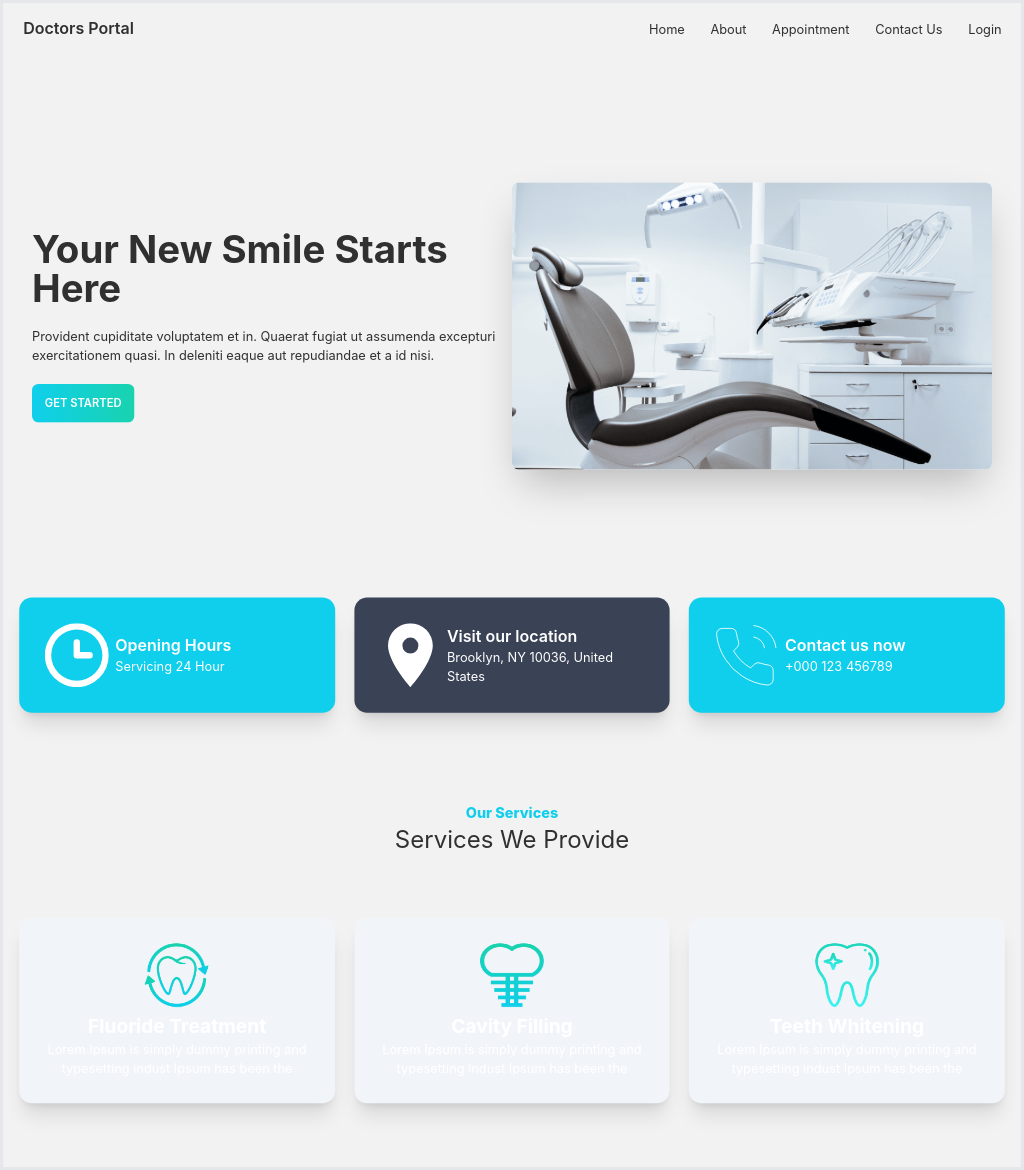
Repository: Samad77/Doctorportal-Client
Page: /
These files come from the project's save history. The page is drawn as it stood at one moment and after the next save; the edit follows.
The browser window is 1280 px wide. The pictures show the whole page, at 80% of full size.
The project was rebuilt for these pictures with package versions that can differ from the ones it lists, and the page was loaded fresh each time. Also part of the build but not shown: src/Pages/Login/Login.js.

Above is the page before, as saved 2022-11-12 12:50:27.

### src/App.js
import logo from './logo.svg';
import './App.css';
import {RouterProvider} from 'react-router-dom'
import router from './Layout/Routes/Routes';
import Cards from './Pages/Home/Cards/Cards';
function App() {
  return (
    <div className="App max-w-[1440px] mx-auto border-4">
      <RouterProvider router={router}>

      </RouterProvider>
    </div>
  );
}

export default App;

### src/Layout/Routes/Routes.js
import { createBrowserRouter } from "react-router-dom";
import Home from "../../Pages/Home/Home";
import Login from "../../Pages/Login/Login";
import Main from "../Main/Main";

const router = createBrowserRouter([
    {path : "/",
    element : <Main></Main>,
    children : [
        {path : '/', element : <Home></Home>,},
        {path: '/home', element : <Home></Home>},
        {path: '/login', element : <Login></Login>},
    ]
    }
])

export default router;

### src/Pages/Home/Cards/Cards.js
import React from 'react';
import img1 from '../../../assets/icons/clock.svg'
import img2 from '../../../assets/icons/marker.svg'
import img3 from '../../../assets/icons/phone.svg'
import img4 from '../../../assets/icons/quote.svg'

const Cards = () => {
    return (
        <section className='grid grid-cols-1 gap-6 md:grid-cols-2 lg:grid-cols-3 my-28'>
            <div className="card  bg-primary text-white shadow-xl">
                <div className="card-body flex flex-col items-center  lg:flex-row">
                    <div className=''>
                        <img src={img1} alt="" className='w-20 h-20'/>
                    </div>
                    <div className='text-left'>
                        <h2 className="card-title">Opening Hours</h2>
                        <p>Servicing 24 Hour</p>
                    </div>

                </div>
            </div>

            <div className="card  bg-neutral text-white shadow-xl">
                <div className="card-body flex flex-col items-center  lg:flex-row">
                    <div className=''>
                        <img src={img2} alt="" className='w-20 h-20'/>
                    </div>
                    <div className='text-left'>
                        <h2 className="card-title">Visit our location</h2>
                        <p>Brooklyn, NY 10036, United States</p>
                    </div>

                </div>
            </div>

            <div className="card  bg-primary text-white shadow-xl">
                <div className="card-body flex flex-col items-center  lg:flex-row">
                    <div className=''>
                        <img src={img3} alt="" className='w-20 h-20'/>
                    </div>
                    <div className='text-left'>
                        <h2 className="card-title">Contact us now</h2>
                        <p>+000 123 456789</p>
                    </div>

                </div>
            </div>
        </section>
    );
};

export default Cards;

### src/Pages/Home/Home.js
import React from 'react';
import Banner from './Banner/Banner';
import Cards from './Cards/Cards';
import Services from './Services/Services';

const Home = () => {
    return (
        <div className='mx-5'>
            <Banner></Banner>
            <Cards></Cards>
            <Services></Services>
        </div>
    );
};

export default Home;

### src/Layout/Main/Main.js
import React from 'react';
import Footer from '../../Pages/Shared/Footer/Footer';
import Navbar from '../../Pages/Shared/Navbar/Navbar';
import {Outlet} from 'react-router-dom'
const Main = () => {
    return (
        <div>
            <Navbar></Navbar>
                <Outlet></Outlet>
            <Footer></Footer>
        </div>
    );
};

export default Main;

### src/Pages/Home/Banner/Banner.js
import React from 'react';
import img1 from '../../../assets/images/chair.png'
const Banner = () => {
    return (
        <div className="hero bg-base-100 my-36">
            <div className="hero-content flex-col lg:flex-row-reverse">
                <img src={img1} className="w-1/2 rounded-lg shadow-2xl" />
                <div className='text-left'>
                <h1 className="text-5xl font-bold">Your New Smile Starts Here</h1>
                <p className="py-6">Provident cupiditate voluptatem et in. Quaerat fugiat ut assumenda excepturi exercitationem quasi. In deleniti eaque aut repudiandae et a id nisi.</p>
                <button className="btn btn-primary border-0 bg-gradient-to-r from-primary to-secondary text-white">Get Started</button>
                </div>
            </div>
        </div>
    );
};

export default Banner;

### src/Pages/Home/Services/Services.js
import React from 'react';
import img1 from '../../../assets/images/fluoride.png'
import img2 from '../../../assets/images/cavity.png'
import img3 from '../../../assets/images/whitening.png'
const Services = () => {
    const allServices = [
        {
            img : img1,
            name : "Fluoride Treatment",
            about : "Lorem Ipsum is simply dummy printing and typesetting indust Ipsum has been the"
        },
        {
            img : img2,
            name : "Cavity Filling",
            about : "Lorem Ipsum is simply dummy printing and typesetting indust Ipsum has been the"
        },
        {
            img : img3,
            name : "Teeth Whitening",
            about : "Lorem Ipsum is simply dummy printing and typesetting indust Ipsum has been the"
        },
    ]
    return (

        <section>

            <div className=''>
                <h1 className='text-primary text-lg font-extrabold'>Our Services</h1>
                <p className='text-3xl'>Services We Provide</p>
            </div>

            <div className='grid grid-cols-1 gap-6 my-20 md:grid-cols-2 lg:grid-cols-3'>

            {
                allServices.map( service => <Service key={service.name} service={service}></Service>)
            }
            </div>
        </section>

    );
};

const Service = ({service}) => {
    return (
        <div className="card  bg-primary text-white shadow-xl bg-slate-100 text-black ">
            <div className="card-body flex flex-col items-center  ">
                <div className=''>
                    <img src={service.img} alt="" className='w-20 h-20'/>
                </div>
                <div className=''>
                    <h2 className="text-2xl font-bold">{service.name}</h2>
                    <p>{service.about}</p>
                </div>
            </div>
        </div>


    )
}
export default Services;

### src/Pages/Shared/Navbar/Navbar.js
import React from 'react';
import {Link} from 'react-router-dom'
const Navbar = () => {

    const menuItems =

    <React.Fragment>
        <li><Link to="/home">Home</Link></li>
        <li><Link to="/about">About</Link></li>
        <li><Link to="/appointment">Appointment</Link></li>
        <li><Link to="/contact">Contact Us</Link></li>
        <li><Link to="/login">Login</Link></li>
    </React.Fragment>

    return (
        <div className="navbar bg-base-100 flex justify-between">
  <div className="navbar-start">
    <div className="dropdown">
      <label tabIndex={0} className="btn btn-ghost lg:hidden">
        <svg xmlns="http://www.w3.org/2000/svg" className="h-5 w-5" fill="none" viewBox="0 0 24 24" stroke="currentColor"><path strokeLinecap="round" strokeLinejoin="round" strokeWidth="2" d="M4 6h16M4 12h8m-8 6h16" /></svg>
      </label>
      <ul tabIndex={0} className="menu menu-compact dropdown-content mt-3 p-2 shadow rounded-box w-52">
            {menuItems}
      </ul>
    </div>
    <Link to='/' className="btn btn-ghost normal-case text-xl">Doctors Portal</Link>
  </div>
  <div className="navbar-center hidden lg:flex">
    <ul className="menu menu-horizontal p-0">
        {menuItems}
    </ul>
  </div>

</div>
    );
};

export default Navbar;

### tailwind.config.js
/** @type {import('tailwindcss').Config} */
module.exports = {
  content: ["./src/**/*.{js,jsx,ts,tsx}"],
  theme: {
    extend: {},
  },
  daisyui : {
    themes : [

    {
      doctorThemes: {

primary: "#0FCFEC",

secondary: "#19D3AE",

neutral: "#3A4256",

"base-100": "#F2F2F2",

      },
    },
  ]
  },
  plugins: [require("daisyui")],
}

Loaded but not shown: public/index.html (common file); src/index.js (common file); src/index.css (common file); src/reportWebVitals.js (common file); src/App.css (common file); src/Pages/Shared/Footer/Footer.js (common file)

After the next save:
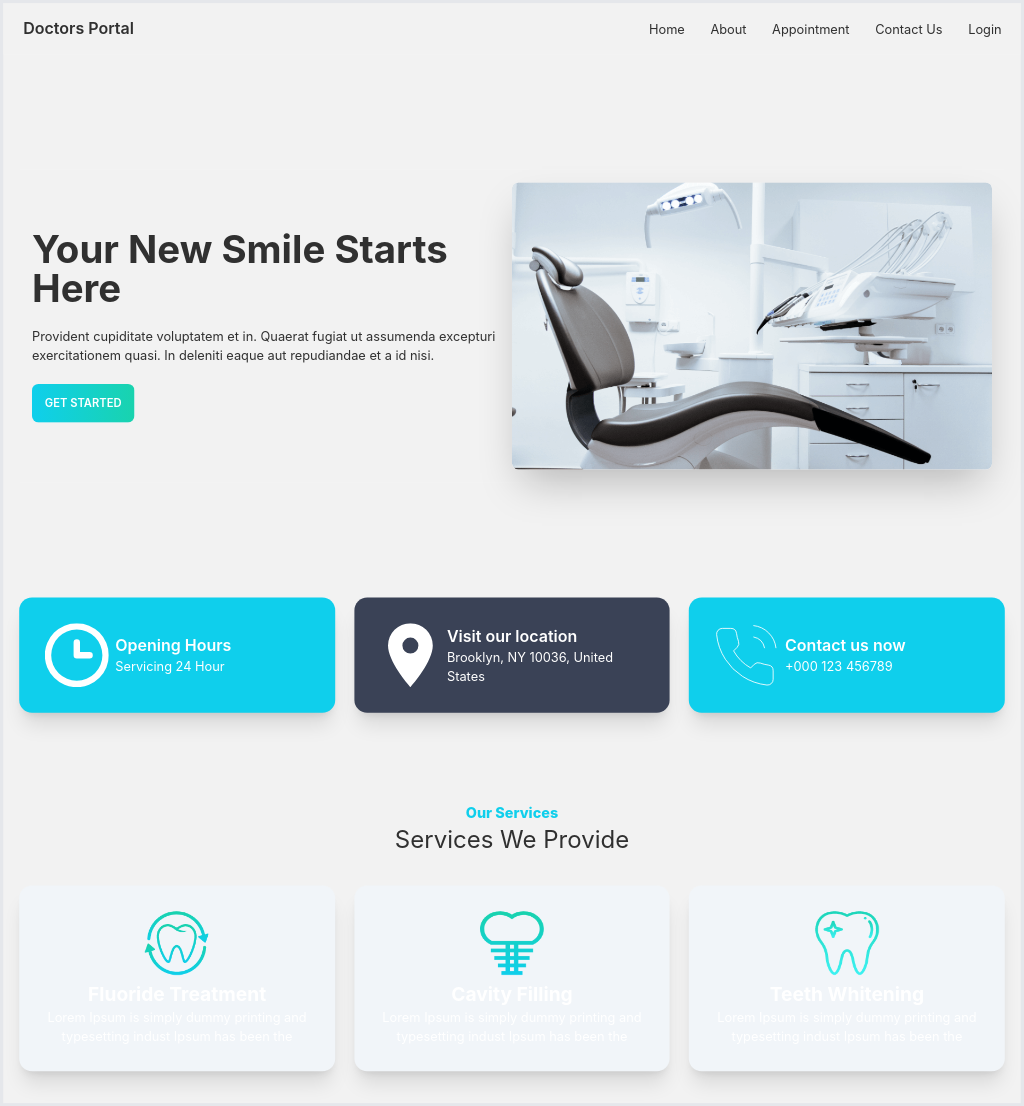
Saved 4 s later.
--- a/src/Pages/Home/Services/Services.js
+++ b/src/Pages/Home/Services/Services.js
@@ -29,7 +29,7 @@ const Services = () => {
                 <p className='text-3xl'>Services We Provide</p>
             </div>
 
-            <div className='grid grid-cols-1 gap-6 my-20 md:grid-cols-2 lg:grid-cols-3'>
+            <div className='grid grid-cols-1 gap-6 my-10 md:grid-cols-2 lg:grid-cols-3'>
 
             {
                 allServices.map( service => <Service key={service.name} service={service}></Service>)
